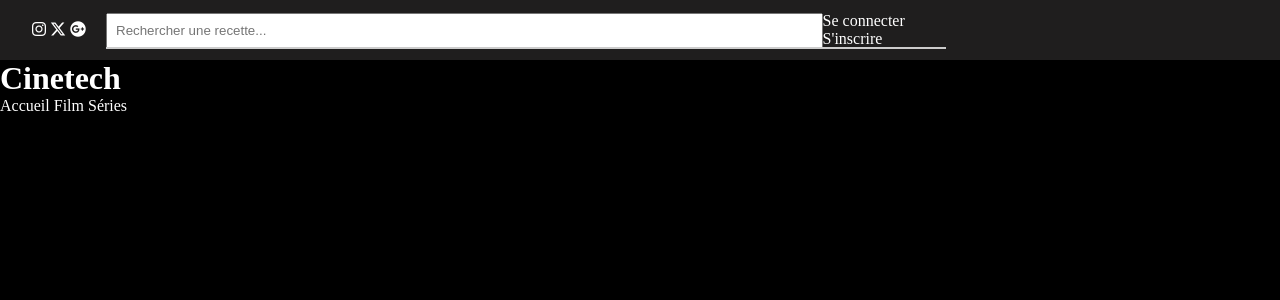
Repository: karim-sebih/cinetech
Page: index.html
The author's editor kept a copy of each file at every save. The page is drawn from the files as they stood at one save, then again after the next save.
The browser window is 1280 px wide. The pictures show the whole page.
Some web libraries are served in a nearby version.

Above is the page before, as saved 2025-04-21 12:57:04.

### index.html
<!DOCTYPE html>
<html lang="fr">
<head>
    <meta charset="UTF-8">
    <meta name="viewport" content="width=device-width, initial-scale=1.0">
    <link rel="stylesheet" href="styles/index.css">
    <script src="https://kit.fontawesome.com/ca3234fc7d.js" crossorigin="anonymous"></script>
</script>
    <title>Cinetech</title>
</head>
<body>
    <header>
        <nav class="navbar">
            <div class="buttons">
                <a href="#"><i class="fa-brands fa-instagram"></i></a>

                <a href="#"><i class="fa-brands fa-x-twitter"></i></a>

                <a href="#"><i class="fa-brands fa-google-plus"></i></a>
            </div>
            <div class="search-container">
                <input type="text" id="search-bar" placeholder="Rechercher une recette..." autocomplete="off">
                <button id="clear-search">x</button>
                <div id="suggestions" class="suggestion-box"></div>

                <div class="sign">
                    <a href="#">Se connecter</a>
                    <a href="#">S'inscrire</a>
                </div>
        </nav>
    </header>
    <div class="secondnav">
        <div class="logo">
            <H1>Cinetech</H1>
        </div>
        <div class="nav">
            <a href="/index.html">Accueil</a>

            <a href="./pages/film.html">Film</a>

            <a href="./pages/séries.html">Séries</a>
        </div>
    </div>

</body>

<script src="./js/index.js"></script>


</html>

### styles/index.css
* {
    margin: 0;
    padding: 0;
    box-sizing: border-box;
  }


  a {
    text-decoration: none;
    color: white;
    font-family: "kodchasan";
  }

  body {
    margin: 0;
    width: 100%;
    min-height: 100vh;
    overflow-x: auto;
    background-color: black;
    color: white;
  }

  /* Nav bar */

  a{
    text-decoration: none;
    color: white;
  }

  a:hover{
  color: red;
  }

  header{
  position: relative;
  padding: 0 2rem;
  background-color: rgb(31, 30, 30);
  }

  .navbar {
  width: 100%;
  max-width: 1200px;
  height: 60px;
  margin: 0;
  display: flex;
  align-items: center;
gap: 20px;

  }



.search-container {
  position: relative;
  width: 70%;
  display: flex;

  align-items: center;
}

#search-bar {
  width: 100%;
  height: 100%;
  padding: 8px;


  padding-right: 30px;
}

#clear-search {
  position: absolute;
  right: 8px;
  background: transparent;
  border: none;
  font-size: 16px;
  cursor: pointer;
  display: none; /* Caché par défaut */
}

.suggestion-box {
  position: absolute;
  width: 100%;
  background: white;
  border: 1px solid #ccc;
  max-height: 150px;
  overflow-y: auto;
  z-index: 1000;
  top: 35px;
}

.suggestion-item {
  padding: 8px;
  cursor: pointer;
}

.suggestion-item:hover {
  background: #f0f0f0;
}

#clear-search {
  background: none;
  border: none;
  font-size: 20px;
  color: black; /* X en noir */
  cursor: pointer;
  margin-bottom: 12px;
}

Loaded but not shown: js/index.js (no copy from this time; the picture is the same without it)

After the next save:
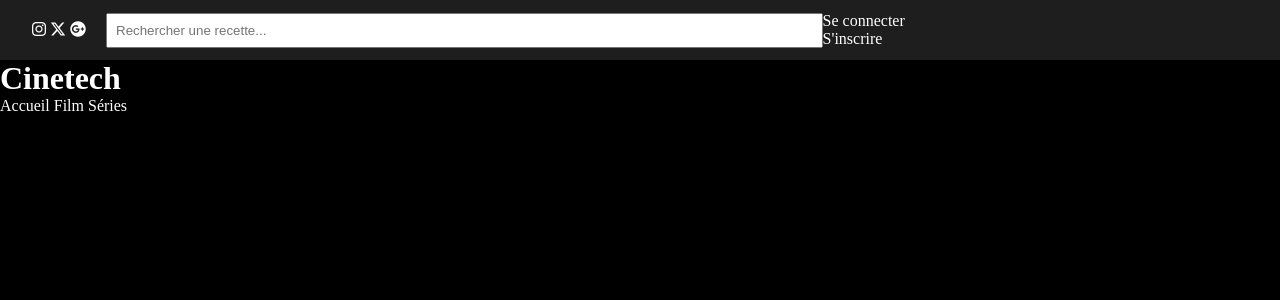
Saved 5 s later.
--- a/styles/index.css
+++ b/styles/index.css
@@ -81,7 +81,7 @@ gap: 20px;
   position: absolute;
   width: 100%;
   background: white;
-  border: 1px solid #ccc;
+
   max-height: 150px;
   overflow-y: auto;
   z-index: 1000;
